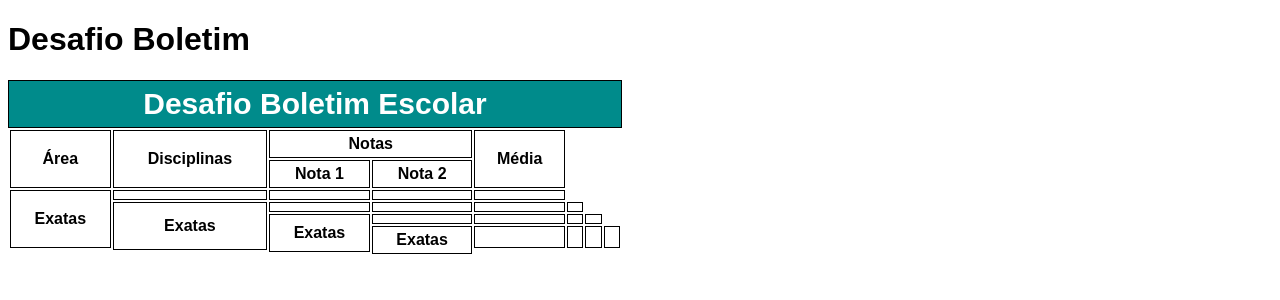
Repository: railsondev/html-css
Page: Módulo3/Desafio/D05 - Tabela Boletim escolar/boletim.html
These files come from the project's save history. The page is drawn as it stood at one moment and after the next save; the edit follows.
The browser window is 1280 px wide. The pictures show the whole page.

Above is the page before, as saved 2024-10-22 12:39:14.

After the next save:
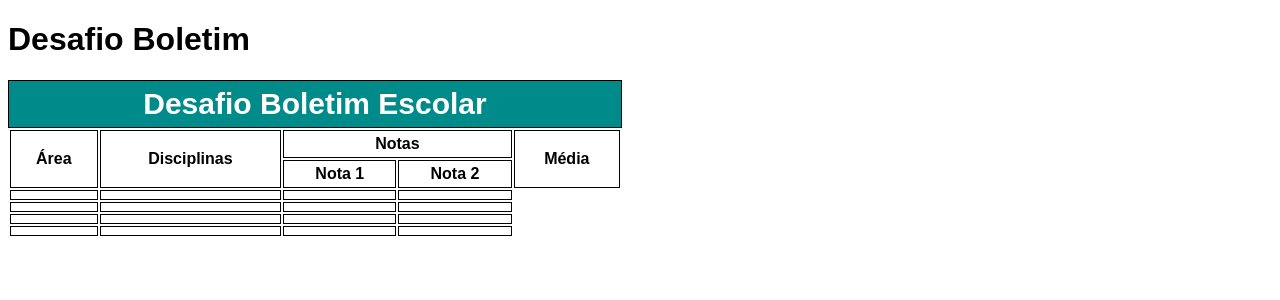
Saved 16 s later.
--- a/Módulo3/Desafio/D05 - Tabela Boletim escolar/boletim.html
+++ b/Módulo3/Desafio/D05 - Tabela Boletim escolar/boletim.html
@@ -22,28 +22,24 @@
     </thead>
     <tbody>
       <tr>
-        <th rowspan="4" scope="rowgroup">Exatas</th>
         <td></td>
         <td></td>
         <td></td>
         <td></td>
       </tr>
       <tr>
-        <th rowspan="4" scope="rowgroup">Exatas</th>
         <td></td>
         <td></td>
         <td></td>
         <td></td>
       </tr>
       <tr>
-        <th rowspan="4" scope="rowgroup">Exatas</th>
         <td></td>
         <td></td>
         <td></td>
         <td></td>
       </tr>
       <tr>
-        <th rowspan="4" scope="rowgroup">Exatas</th>
         <td></td>
         <td></td>
         <td></td>

After the save that followed:
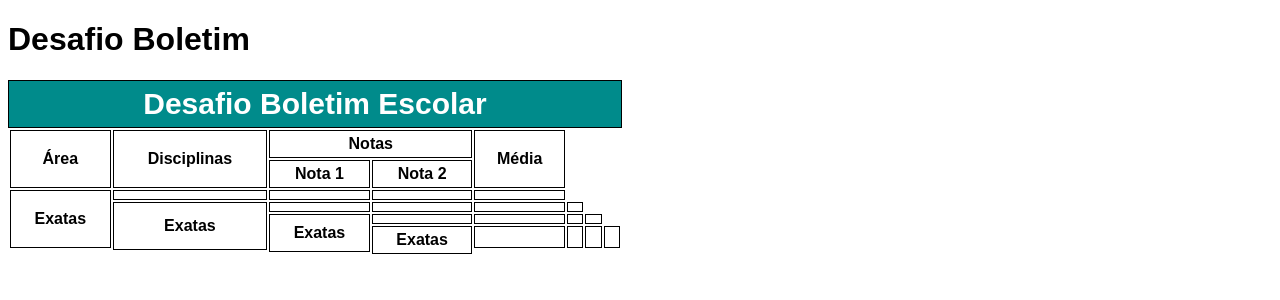
Saved 5 s later.
--- a/Módulo3/Desafio/D05 - Tabela Boletim escolar/boletim.html
+++ b/Módulo3/Desafio/D05 - Tabela Boletim escolar/boletim.html
@@ -22,24 +22,28 @@
     </thead>
     <tbody>
       <tr>
+        <th rowspan="4" scope="rowgroup">Exatas</th>
         <td></td>
         <td></td>
         <td></td>
         <td></td>
       </tr>
       <tr>
+        <th rowspan="4" scope="rowgroup">Exatas</th>
         <td></td>
         <td></td>
         <td></td>
         <td></td>
       </tr>
       <tr>
+        <th rowspan="4" scope="rowgroup">Exatas</th>
         <td></td>
         <td></td>
         <td></td>
         <td></td>
       </tr>
       <tr>
+        <th rowspan="4" scope="rowgroup">Exatas</th>
         <td></td>
         <td></td>
         <td></td>
